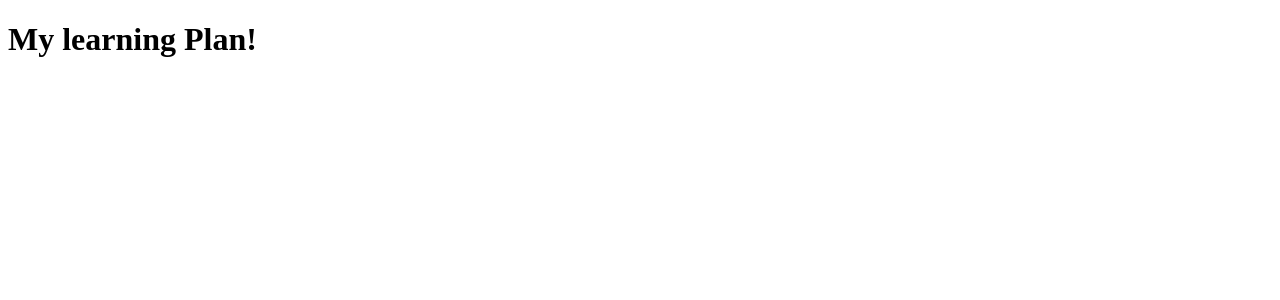
Repository: awollf/mdia-2109
Page: learning-plan.html
These files come from the project's save history. The page is drawn as it stood at one moment and after the next save; the edit follows.
The browser window is 1280 px wide. The pictures show the whole page.

Above is the page before, as saved 2026-01-26 11:06:53.

After the next save:
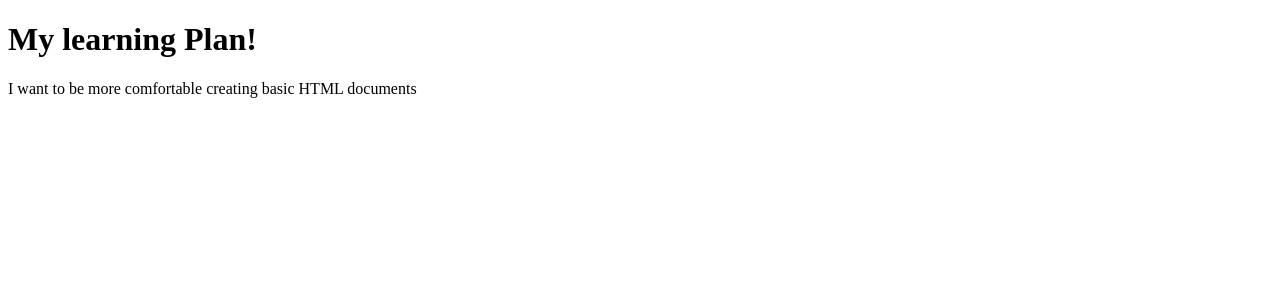
Saved 31 s later.
--- a/learning-plan.html
+++ b/learning-plan.html
@@ -7,7 +7,7 @@
 </head>
 <body>
     <h1>My learning Plan!</h1>
-    <p></p>
+    <p>I want to be more comfortable creating basic HTML documents</p>
 
 </body>
 </html>
